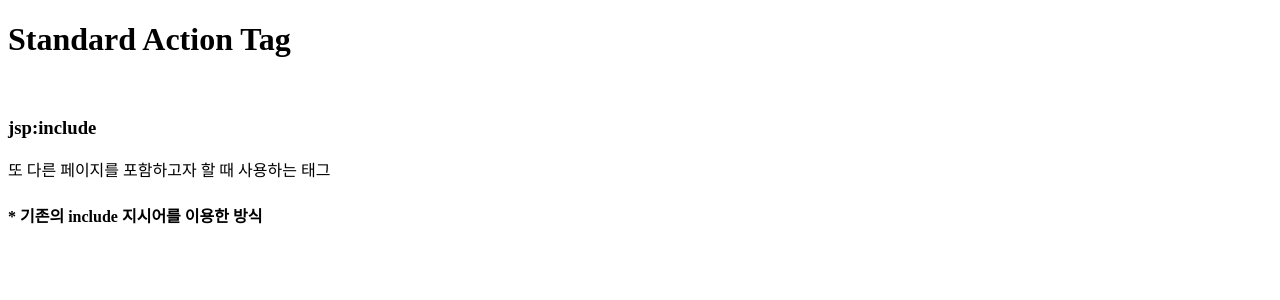
Repository: smjae96/Backup
Page: http://localhost/elActionProject/views/2_StandardAction/01_include.jsp
The author's editor kept a copy of each file at every save. The page is drawn from the files as they stood at one save, then again after the next save.
The browser window is 1280 px wide. The pictures show the whole page.
The page is served by Tomcat 9. Other server files are loaded and not shown.

Above is the page before, as saved 2024-04-01 00:44:51.

### 5_JSP/elActionProject/src/main/webapp/views/2_StandardAction/01_include.jsp
<%@ page language="java" contentType="text/html; charset=UTF-8"
    pageEncoding="UTF-8"%>
<!DOCTYPE html>
<html>
<head>
<meta charset="UTF-8">
<title>Standard Action Tag</title>
</head>
<body>
	<h1>Standard Action Tag</h1>
	<br>
	<h3>jsp:include</h3>
	<p>
		또 다른 페이지를 포함하고자 할 때 사용하는 태그
	</p>

	<h4>* 기존의 include 지시어를 이용한 방식</h4>
</body>
</html>

After the next save:
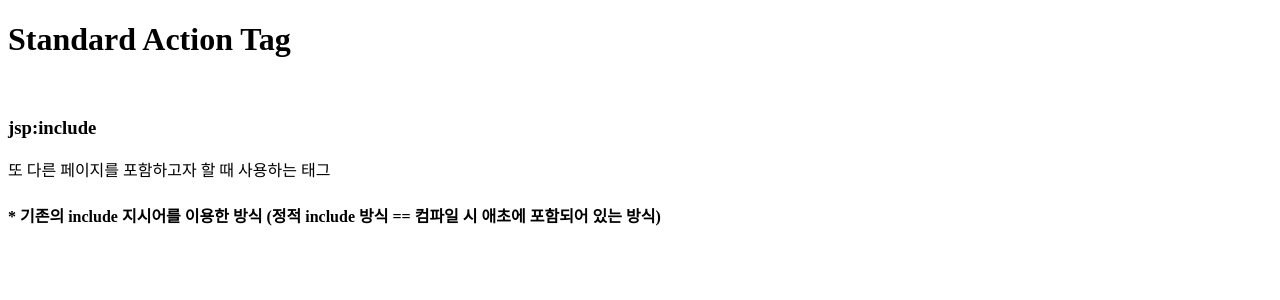
Saved 21 s later.
--- a/5_JSP/elActionProject/src/main/webapp/views/2_StandardAction/01_include.jsp
+++ b/5_JSP/elActionProject/src/main/webapp/views/2_StandardAction/01_include.jsp
@@ -14,6 +14,6 @@
 		또 다른 페이지를 포함하고자 할 때 사용하는 태그
 	</p>
 
-	<h4>* 기존의 include 지시어를 이용한 방식</h4>
+	<h4>* 기존의 include 지시어를 이용한 방식 (정적 include 방식 == 컴파일 시 애초에 포함되어 있는 방식)</h4>
 </body>
 </html>
